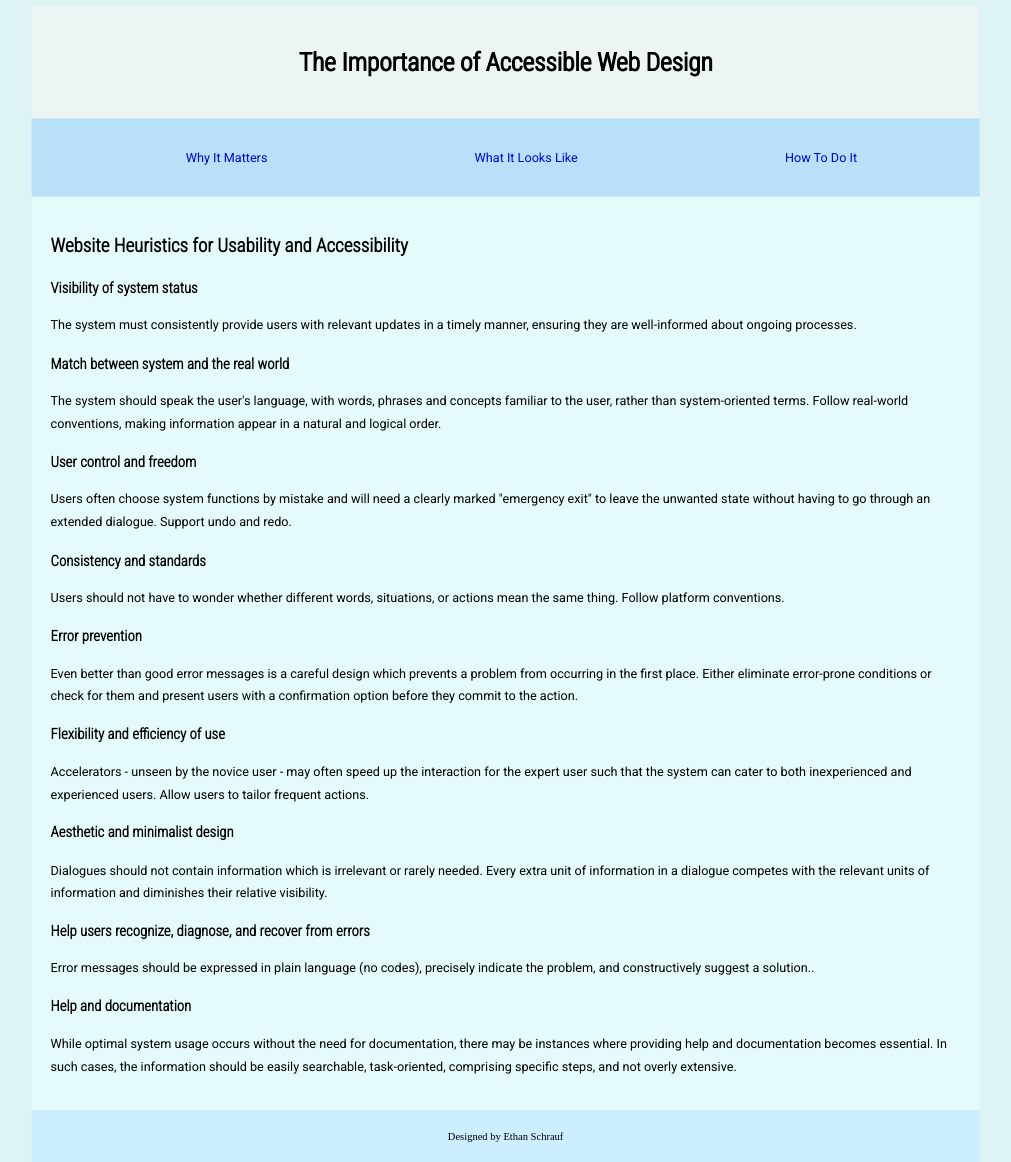
Repository: ethan-schrauf/UniversalDesignWebsite
Page: Final-Project/what.html
These files come from the project's save history. The page is drawn as it stood at one moment and after the next save; the edit follows.
The browser window is 1280 px wide. The pictures show the whole page, at 79% of full size.

Above is the page before, as saved 2023-11-25 03:39:44.

### Final-Project/what.html

<!DOCTYPE html>

<html lang="en">
<head>
  <meta charset="UTF-8">
  <meta name="viewport" content="width=device-width, initial-scale=1.0">
  <meta http-equiv="X-UA-Compatible" content="ie=edge">
  <title>Why Accessibility Matters</title>
  <link href="what.css" rel="stylesheet">
</head>
<body>
    <a href="#main-content" class="skip-link">Skip to main content</a>
<div class="container">
  <header>
    <h1>The Importance of Accessible Web Design</h1>
  </header>
  <nav>
    <h2 class="sr-only">Main Navigation</h2>
    <ul>
      <li><a href="why.html">Why It Matters</a></li>
      <li><a href="what.html">What It Looks Like</a></li>
      <li><a href="how.html">How To Do It</a></li>
    </ul>
  </nav>
  <main id="main-content" class="mainy">
    <section>
      <h2 id="What-It-Looks-Like">Website Heuristics for Usability and Accessibility</h2>
      <h3>Visibility of system status</h3>
      <p>The system must consistently provide users with relevant updates in a timely manner, ensuring they are well-informed about ongoing processes.</p>
      <h3>Match between system and the real world</h3>
      <p>The system should speak the user's language, with words, phrases and concepts familiar to the user, rather than system-oriented terms. Follow real-world conventions, making information appear in a natural and logical order.</p>
      <h3>User control and freedom</h3>
      <p>Users often choose system functions by mistake and will need a clearly marked "emergency exit" to leave the unwanted state without having to go through an extended dialogue. Support undo and redo.</p>
      <h3>Consistency and standards</h3>
      <p>Users should not have to wonder whether different words, situations, or actions mean the same thing. Follow platform conventions.</p>
      <h3>Error prevention</h3>
      <p>Even better than good error messages is a careful design which prevents a problem from occurring in the first place. Either eliminate error-prone conditions or check for them and present users with a confirmation option before they commit to the action.</p>
      <h3>Flexibility and efficiency of use</h3>
      <p>Accelerators - unseen by the novice user - may often speed up the interaction for the expert user such that the system can cater to both inexperienced and experienced users. Allow users to tailor frequent actions.</p>
      <h3>Aesthetic and minimalist design</h3>
      <p>Dialogues should not contain information which is irrelevant or rarely needed. Every extra unit of information in a dialogue competes with the relevant units of information and diminishes their relative visibility.</p>
      <h3>Help users recognize, diagnose, and recover from errors</h3>
      <p>Error messages should be expressed in plain language (no codes), precisely indicate the problem, and constructively suggest a solution..</p>
      <h3>Help and documentation</h3>
      <p>While optimal system usage occurs without the need for documentation, there may be instances where providing help and documentation becomes essential. In such cases, the information should be easily searchable, task-oriented, comprising specific steps, and not overly extensive.</p>

    </section>
  </main>
<footer>
    <small> Designed by Ethan Schrauf</small>
  </footer>

</div> <!-- end container -->
</body>
</html>

### Final-Project/what.css
@import url('https://fonts.googleapis.com/css2?family=Roboto&display=swap');
@import url('https://fonts.googleapis.com/css2?family=Roboto&family=Roboto+Condensed:wght@300&display=swap');

body {
    background: rgb(222, 243, 244);
}

/* css reset */
::before,
::after {
    box-sizing: border-box;
    padding: 0;
    margin: 0;
}

h1,
h2,
h3 {
    padding: .2em 0;
}
h1 {
  font-family: 'Roboto Condensed', sans-serif;
  text-shadow: 0.5px 0.5px 0.5px black;
}

p {
    margin: 1.0em 0;
    line-height: 1.8em;
}

header,
nav,
main,
aside,
footer {
    padding: 1.5em;
}

header,
footer {
    text-align: center;
}

.container {
    max-width: 1200px;
    margin: 0 auto;
    /* background: rgb(243, 251, 209); */
    display: grid;
    width: 100vw;
    height: 100vh;
    grid-template-columns:
     1fr       1fr;
    grid-template-areas:
    "heady     heady"
    "navvy     navvy"
    "mainy    mainy"
    "mainy    mainy"
    "footy     footy";

  }

  header {grid-area: heady; background:rgb(237, 245, 244);}
nav {grid-area: navvy; background:rgb(184, 224, 248);}
main {grid-area: mainy; background: rgb(229, 250, 250); max-height: 100%;}
#Park-Rules {grid-area: Park-Rules; background: rgb(214, 236, 245);}
#Colorado-Wildlife {grid-area: Colorado-Wildlife; background: rgb(215, 241, 247);}
footer {grid-area: footy; background: rgb(205, 238, 255);}

nav ul {
    display: flex;
    flex-flow: row nowrap;
    justify-content: space-around;
    }

    nav ul li {
      list-style: none
    }

    @media screen
      and (min-width: 701px)
      and (max-width: 1000px)  {
    .container {
    grid-template-columns:
       1fr 1fr;
    grid-template-areas:
      "heady heady"
      "navvy navvy"
      "mainy mainy"
      "footy footy";
    }
    }

    @media screen
      and (max-width: 700px)  {
    .container {
    grid-template-columns:
       1fr;
    grid-template-areas:
      "heady"
      "navvy"
      "mainy"
      "footy";
    }
    nav ul {
      flex-flow: column nowrap;
      text-align: center;
    }
    nav ul li a {
      display: block;
      padding: 10px 5px;
      margin: 5px;
      background: white;

    }
    }

    p {
        font-family: 'Roboto', sans-serif;
    }

    h2,
    h3,
    h1 {
        font-family: 'Roboto Condensed', sans-serif;
    }

    #park-image {
        width: 300px; /* Set the desired width in pixels */
        height: auto; /* Maintain the aspect ratio */
      }

      .sr-only {
        border: 0;
        clip: rect(0, 0, 0, 0);
        height: 1px;
        margin: -1px;
        overflow: hidden;
        padding: 0;
        position: absolute;
        white-space: nowrap;
        width: 1px;
      }

       a {
      text-decoration: none;
      font-family: 'Roboto', sans-serif;
    }

    .skip-link {
        background: lavender;
        color: black;
        font-weight: 700;
        padding: 4px;
        position: absolute;
        transform: translate(-200%);
        text-decoration: none; /* Remove underline */
        z-index: 9999; /* Ensure it's on top */
      }

      .skip-link:focus {
        transform: translate(0%);
      }

      .skip-link {
        transition: transform 0.5s;
      }

After the next save:
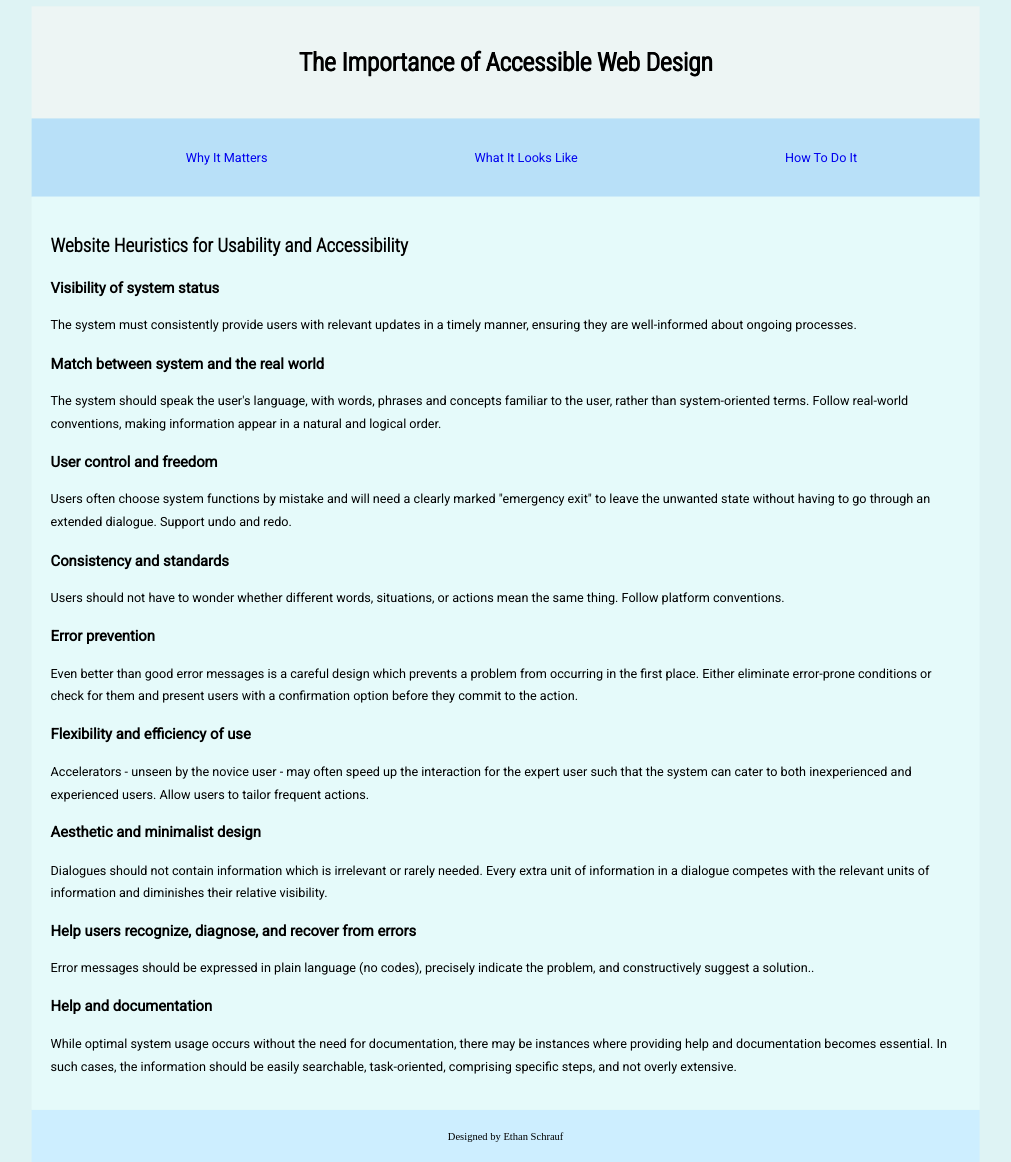
Saved 13 s later.
--- a/Final-Project/what.css
+++ b/Final-Project/what.css
@@ -114,12 +114,12 @@ nav ul {
     }
     }
 
-    p {
+    p,
+    h3 {
         font-family: 'Roboto', sans-serif;
     }
 
     h2,
-    h3,
     h1 {
         font-family: 'Roboto Condensed', sans-serif;
     }
